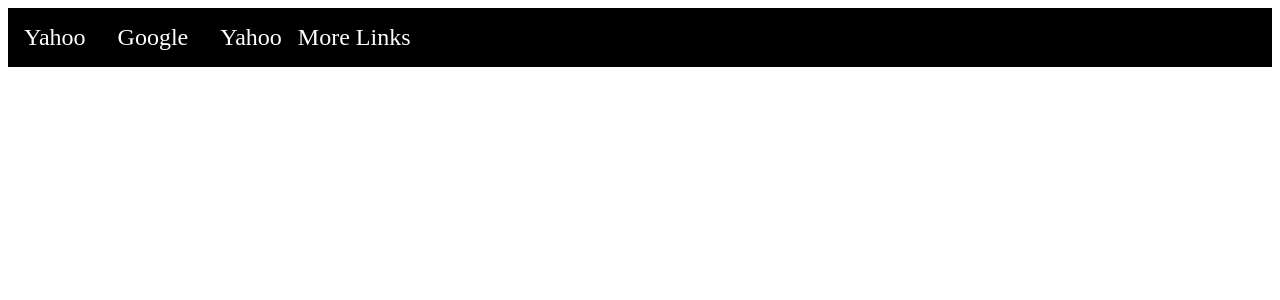
Repository: VidalLopez/VidalLopez.github.io
Page: index.html
The author's editor kept a record of every edit. The page is drawn from the files as they stood at one moment, then again after the next edit.
The browser window is 1280 px wide. The pictures show the whole page.

Above is the page before.

After the next edit:
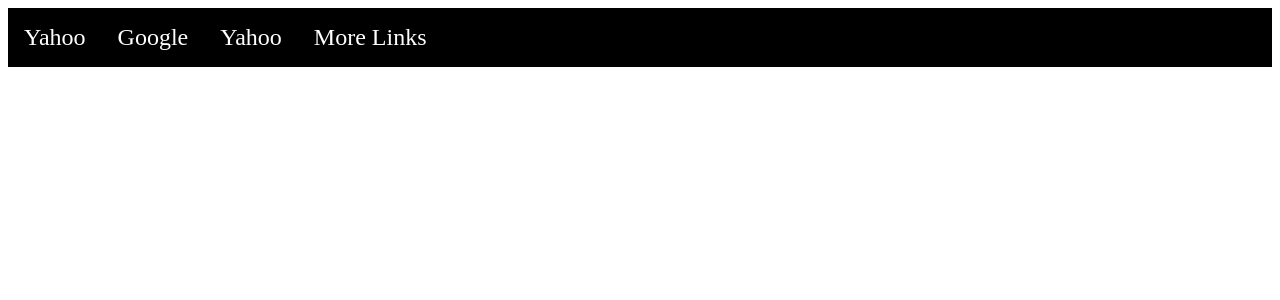
The edit:
--- a/index.html
+++ b/index.html
@@ -1,20 +1,23 @@
 <!DOCTYPE html>
 <html>
   <head>
+
     <title>repl.it</title>
+
     <style>
       .navbar{
-        background-color: black;;
-        overflow:hidden;
+        background-color: black;
+        overflow: hidden;
       }
 
-      .navbar a{
+      .navbar a {
         color: white;
         font-size: 24px;
         text-decoration: none;
         padding:16px;
         float:left;
       }
+
       .morelinks{
         color: white;
         font-size: 24px;
@@ -32,18 +35,30 @@
 
       .dropdown-content{
         position: absolute;
-        z-index:1;
-        display: none;
-        background-color:black;
+        z-index:  1;
+        display:none;
+        background-color: black;
       }
-      .dropdown a{
-          float:none;
-          display:block;
+
+      .dropdown{
+        background-color: black;
+        color: white;
+        float: left;
+        text-decoration: none;
+        font-size: 24px;
+
+      }
+
+      .dropdown-content a{
+        float: none;
+        display:block;
       }
 
 
 
+
     </style>
+
   </head>
   <body>
     <div class="navbar">
